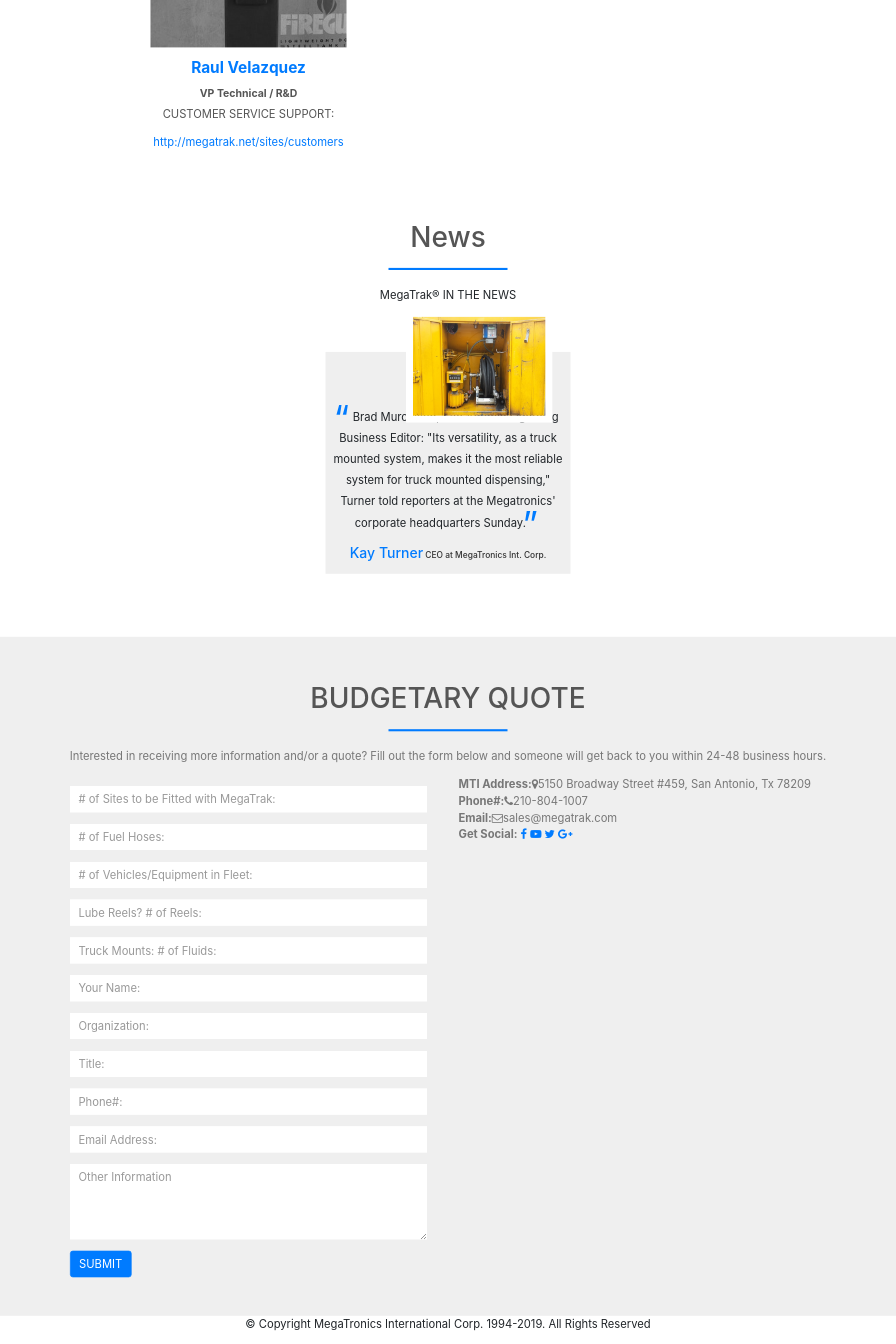
Repository: navegantemx/MegaTrak-Milestone-Project
Page: index.html
The author's editor kept a record of every edit. The page is drawn from the files as they stood at one moment, then again after the next edit.
The browser window is 1280 px wide. The pictures show the part of the page from y = 2284 to 4204 px (the page is 4204 px tall), at 70% of full size.
Backgrounds fixed to the window are drawn as part of the page.

Above is the page before.

After the next edit:
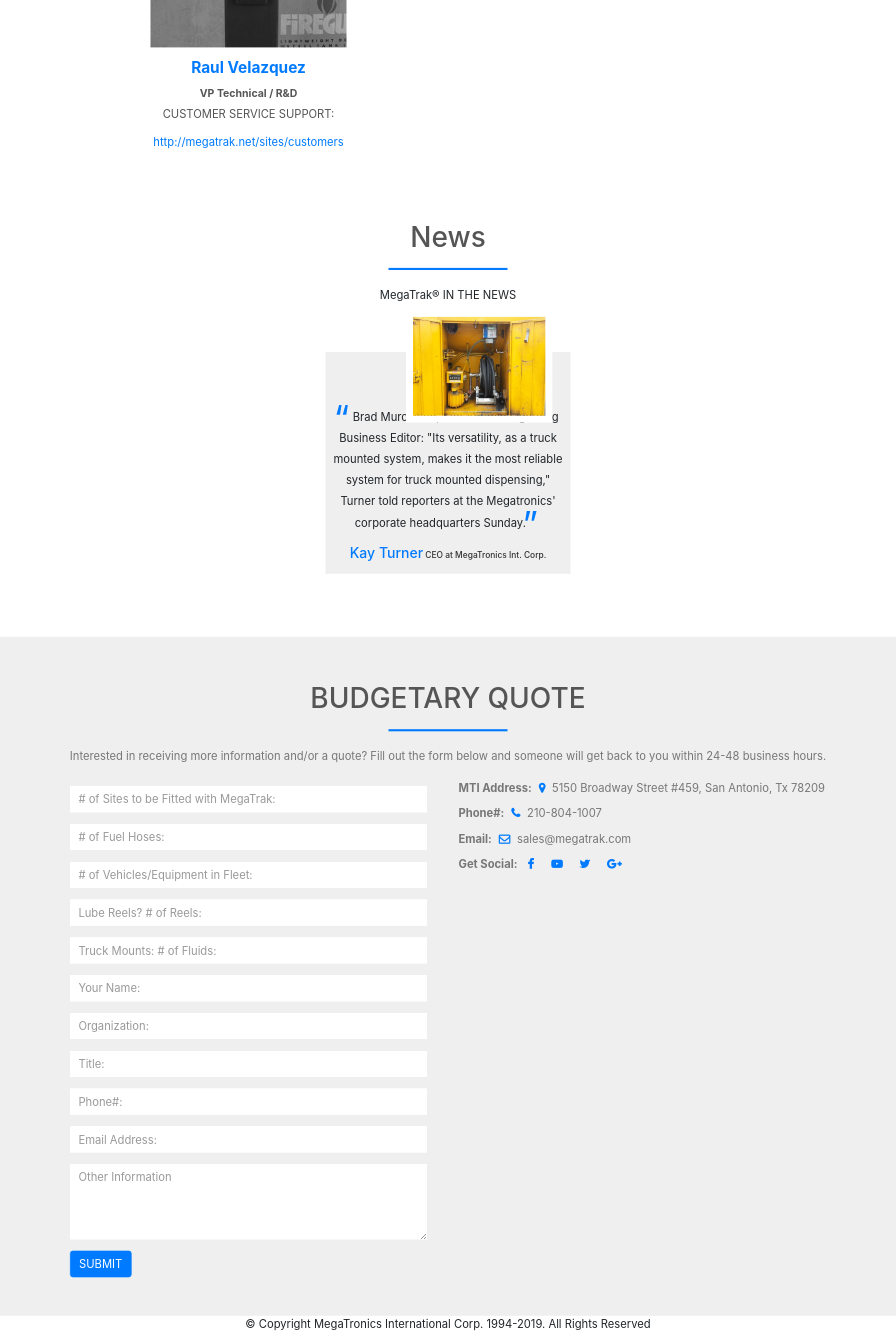
The edit:
--- a/assets/css/style.css
+++ b/assets/css/style.css
@@ -376,7 +376,7 @@
     color: #999 !important;
 }
 
-.contact-info fa
+.contact-info .fa
 {
     margin: 10px;
     color: #007bff;
